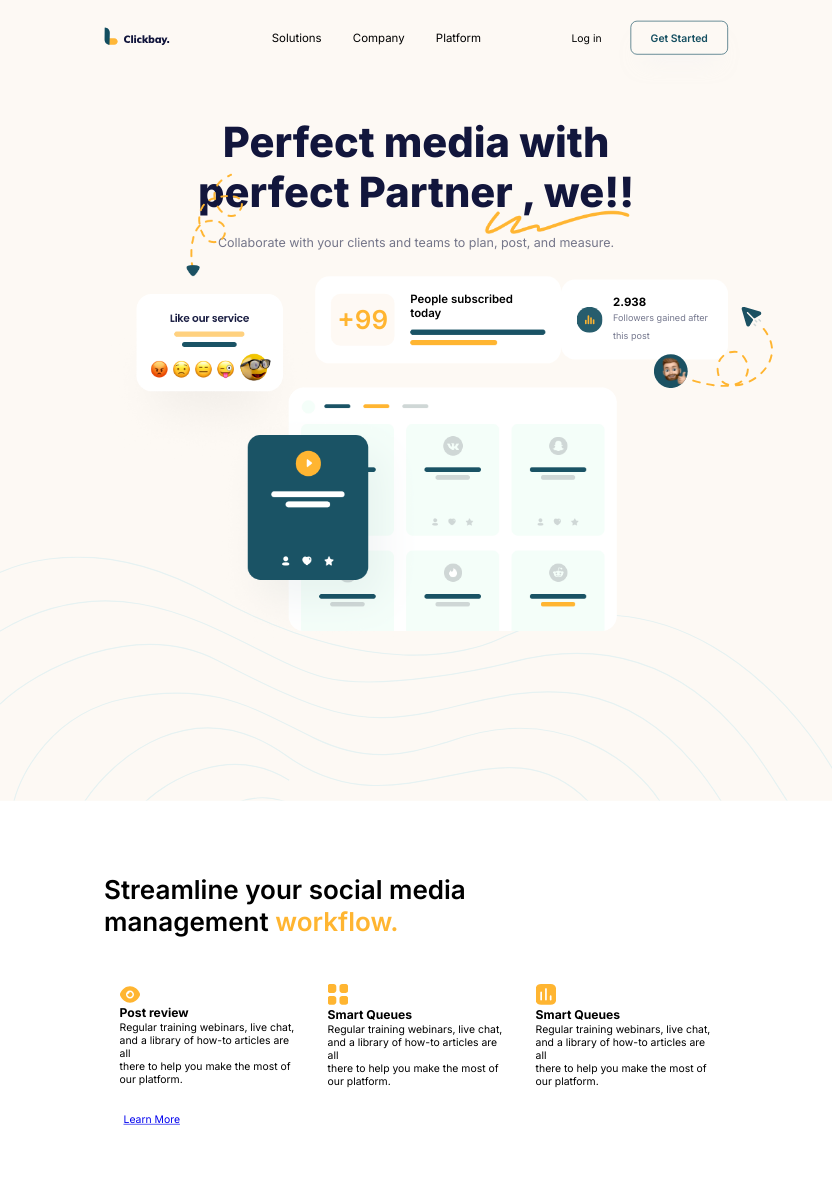
Repository: badhon252/Clickbay
Page: index.html
These files come from the project's save history. The page is drawn as it stood at one moment and after the next save; the edit follows.
The browser window is 1280 px wide. The pictures show the whole page, at 65% of full size.
The style sheet was rebuilt from its Sass, Less or Tailwind sources for each picture, by a compiler version that may differ from the author's.

Above is the page before, as saved 2022-09-05 01:54:25.

After the next save:
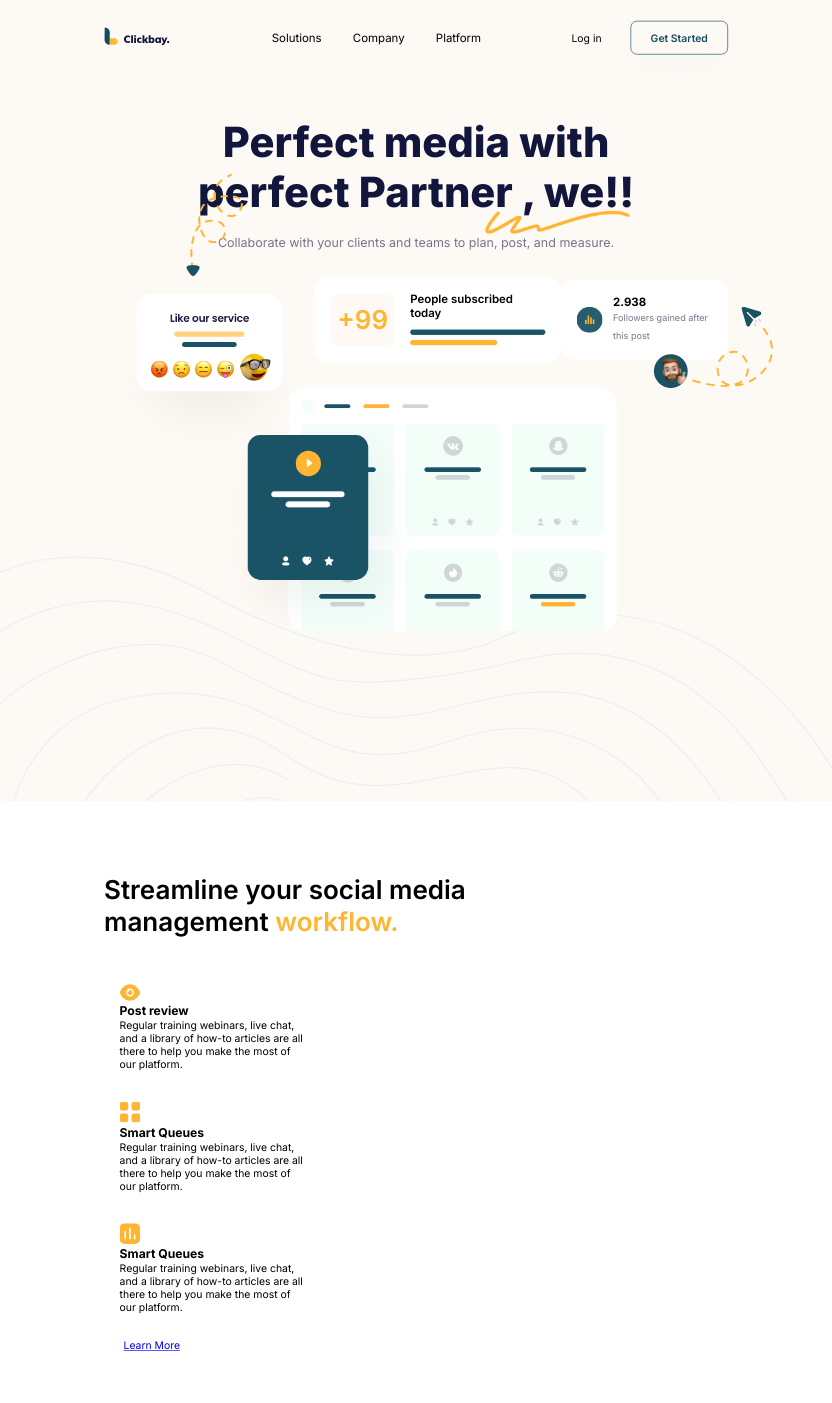
Saved 47 s later.
--- a/scss/style.scss
+++ b/scss/style.scss
@@ -40,16 +40,17 @@
 }
 
 // grid system using flex
-.row {
-  display: flex;
-  justify-content: space-evenly;
-  align-items: center;
-}
+
 //==============================
 //===================
 //==============================
 
 header {
+  .row {
+    display: flex;
+    justify-content: space-evenly;
+    align-items: center;
+  }
   background-color: #fdf9f4;
   min-height: 100vh;
   position: relative;

After the save that followed:
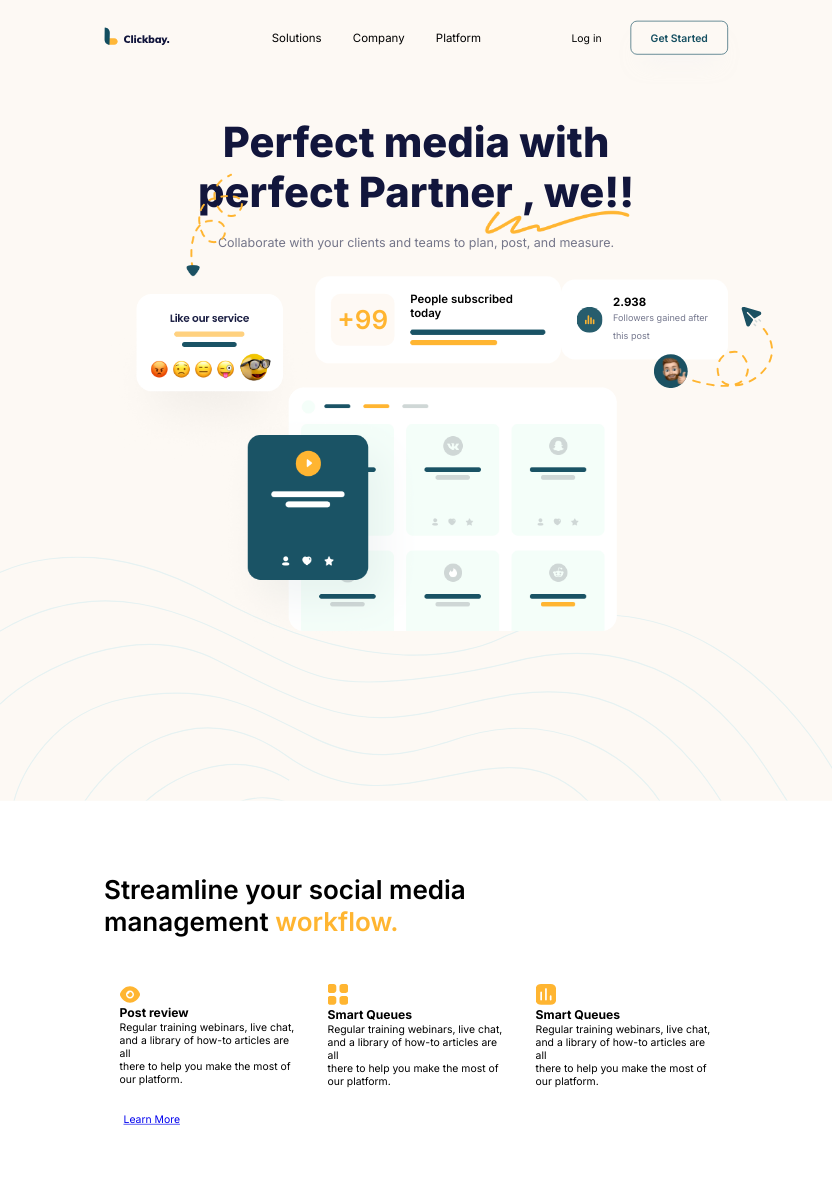
Saved 29 s later.
--- a/scss/style.scss
+++ b/scss/style.scss
@@ -177,7 +177,11 @@
 
 .second_section {
   padding: 4rem 0;
-
+  .row {
+    display: flex;
+    justify-content: space-evenly;
+    align-items: center;
+  }
   h2 {
     font-size: 2.5rem;
     font-weight: 600;
